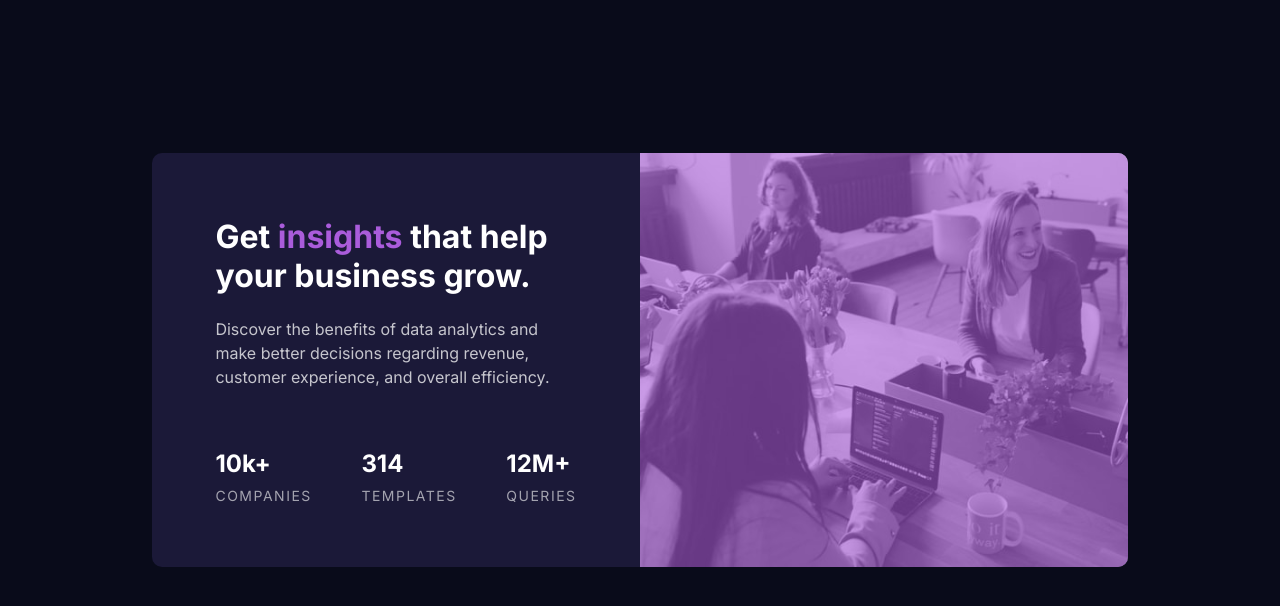
Repository: keisewarsame/stats-preview-frontendmentor
Page: index.html
The author's editor kept a copy of each file at every save. The page is drawn from the files as they stood at one save, then again after a run of saves.
The browser window is 1280 px wide. The pictures show the whole page.

Above is the page before, as saved 2022-07-12 13:21:23.

After the next 2 saves:
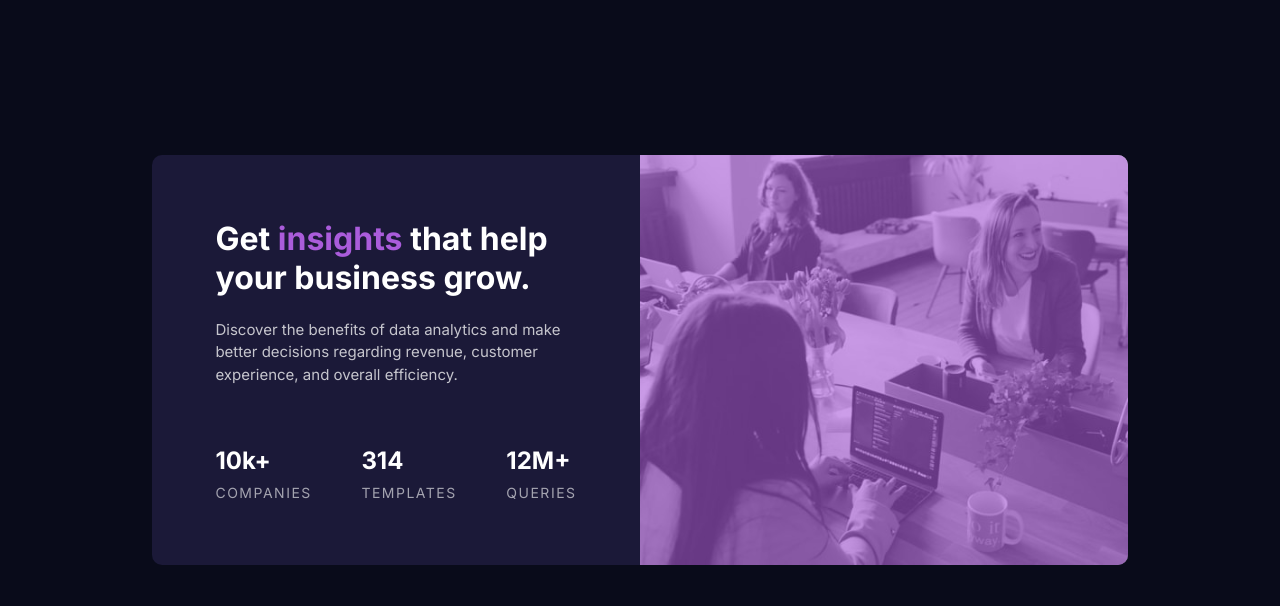
The 2 saves are shown as one change because they came seconds apart.
The last was saved 16 s later.
--- a/styles.css
+++ b/styles.css
@@ -45,7 +45,7 @@ body {
 .subtitle {
     color: hsla(0, 0%, 100%, 0.75);
     line-height: 1.5;
-    font
+    font-size: 15px;
 }
 
 .stats-component {
